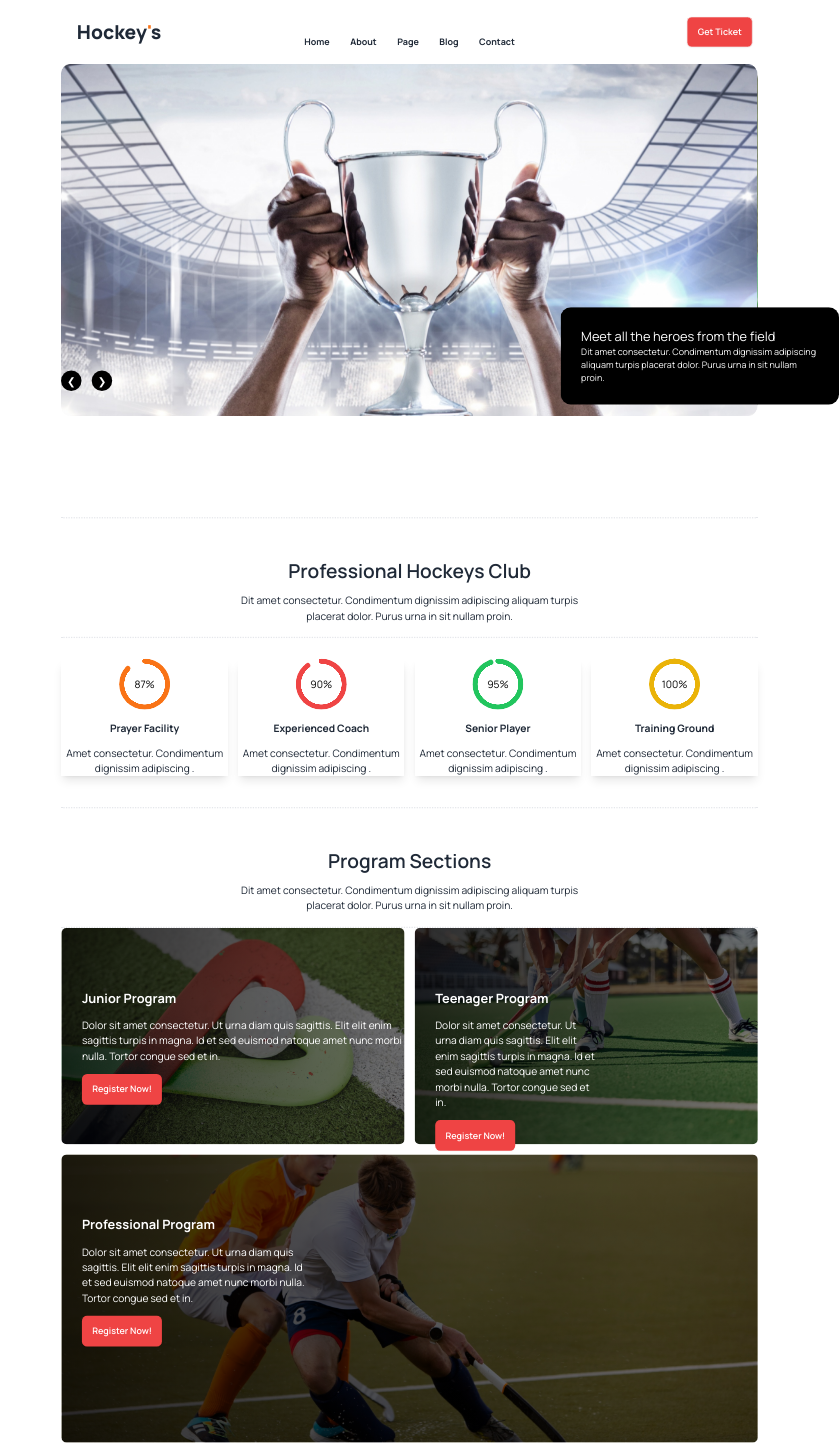
Repository: RudrasahaDibos/Hockey-
Page: index.html
These files come from the project's save history. The page is drawn as it stood at one moment and after the next save; the edit follows.
The browser window is 1280 px wide. The page is 1311 px wide, so the pictures cover 1311 px, including what lies to the right of the window. The pictures show the whole page, at 64% of full size.
Some web libraries are served in a nearby version.

Above is the page before, as saved 2024-10-23 22:44:18.

After the next save:
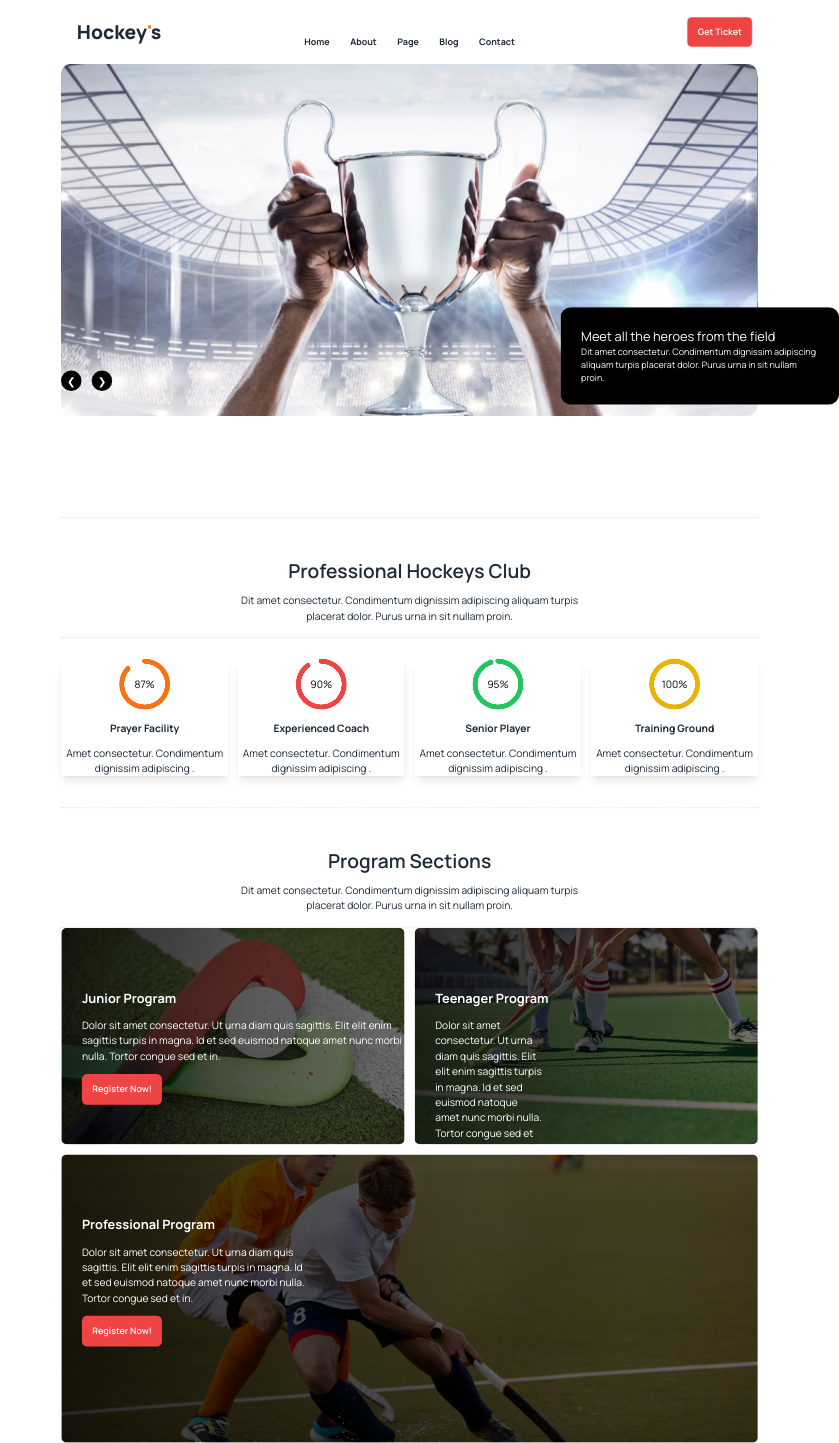
Saved 15 s later.
--- a/index.html
+++ b/index.html
@@ -222,7 +222,7 @@
                                   <div class="relative  bg-no-repeat rounded-lg  bg-center bg-cover  w-full bg-[linear-gradient(90deg,rgb(0,0,0,0.8),rgb(0,0,0,0.5)),url(./images/3.png)] h-[244px] lg:h-[338px]">
                                     <div class="text-start lg:pt-24 space-y-2 lg:space-y-4 pl-8">
                                       <h2 class="text-white text-xl font-bold">Teenager Program</h2>
-                                      <p class="text-white w-1/2">Dolor sit amet consectetur. Ut urna diam quis sagittis. Elit elit
+                                      <p class="text-white w-1/3">Dolor sit amet consectetur. Ut urna diam quis sagittis. Elit elit
                                         enim sagittis turpis in magna. Id et sed euismod natoque amet nunc morbi nulla. Tortor congue sed et in.</p>
                                        <button class="btn bg-red-500 border-none text-white">Register Now!</button>
                                      </div>
